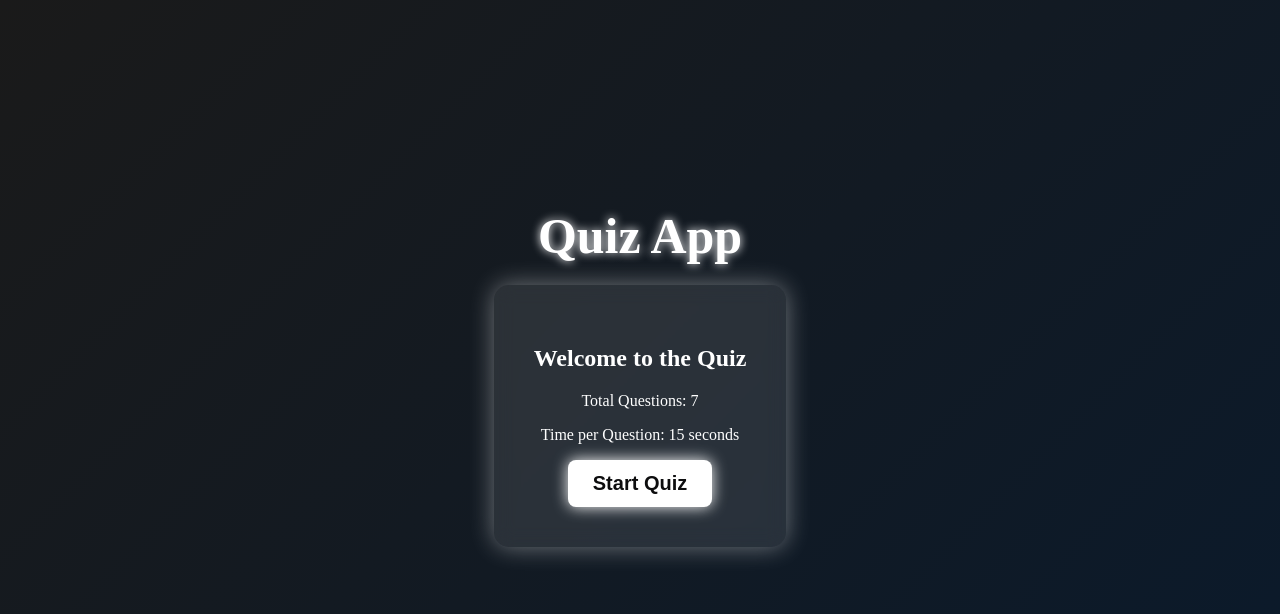
Repository: fatimaqueen9967-eng/SyntacexhubQuizApp
Page: index.html
An editor plug-in stored every save of this project. The page is shown before and after the next save, followed by the edit.
The browser window is 1280 px wide. The pictures show the whole page.

Above is the page before, as saved 2026-03-15 21:49:57.

After the next save:
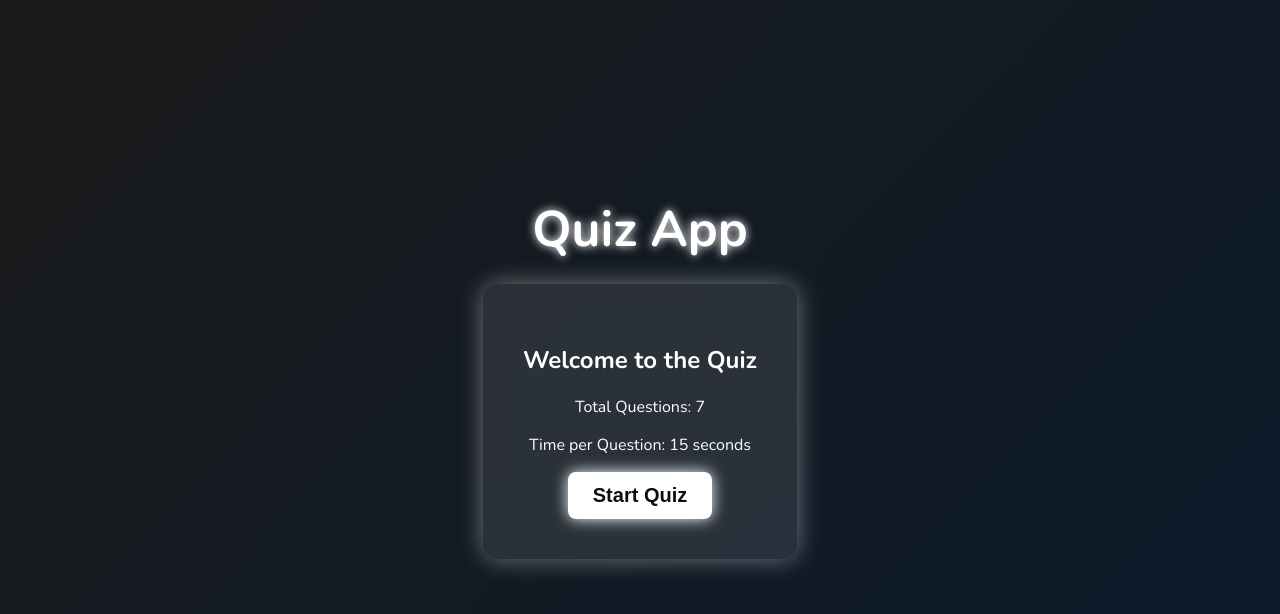
Saved 4 s later.
--- a/style.css
+++ b/style.css
@@ -4,7 +4,7 @@ body{
 /* background:linear-gradient(135deg,#89039b,#83005c); */
 background: linear-gradient(135deg, #1a1a1a, #0b1a2b);
 /* #1a1a1a = dark gray, #0b1a2b = navy */
-/* font-family:Nunito; */
+font-family:Nunito;
 display:flex;
 flex-direction:column;
 align-items:center;
